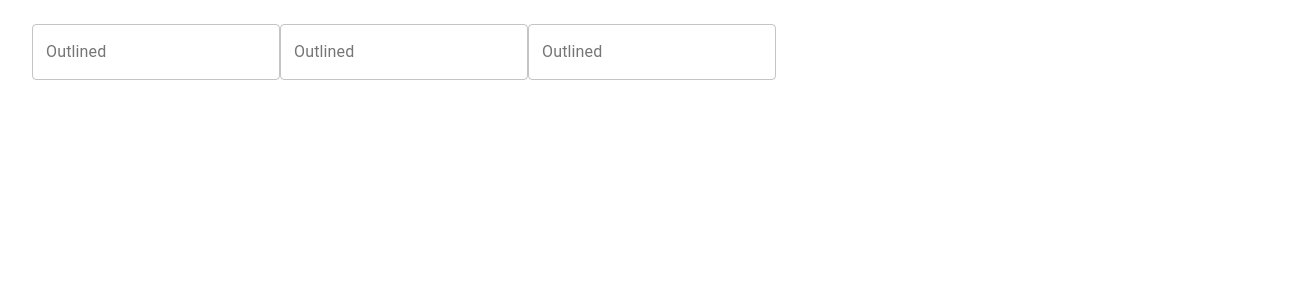
Repository: chathuraedirisingh/rr
Page: /
These files come from the project's save history. The page is drawn as it stood at one moment and after the next save; the edit follows.
The browser window is 1280 px wide. The page is 1296 px wide, so the pictures cover 1296 px, including what lies to the right of the window. The pictures show the whole page.
The project was rebuilt for these pictures with package versions that can differ from the ones it lists, and the page was loaded fresh each time.

Above is the page before, as saved 2019-12-17 23:07:03.

After the next save:
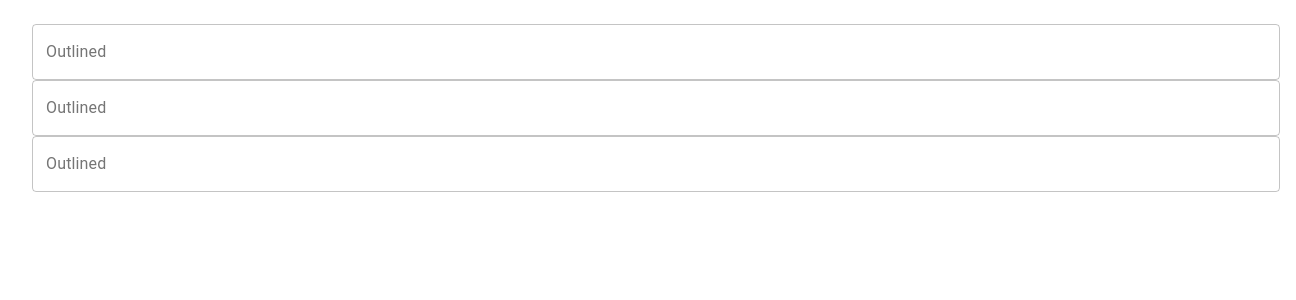
Saved 17 s later.
--- a/src/components/FormPersonalDetails.js
+++ b/src/components/FormPersonalDetails.js
@@ -15,7 +15,7 @@ export default class FormPersonalDetails extends Component {
                 <React.Fragment>
                     <div style={{ width: '100%', margin: 16 }}>
                         <Box display="flex"
-                            flexDirection="row"
+                            flexDirection="column"
                             p={1} m={1}
                             bgcolor="background.paper">
                             <TextField
